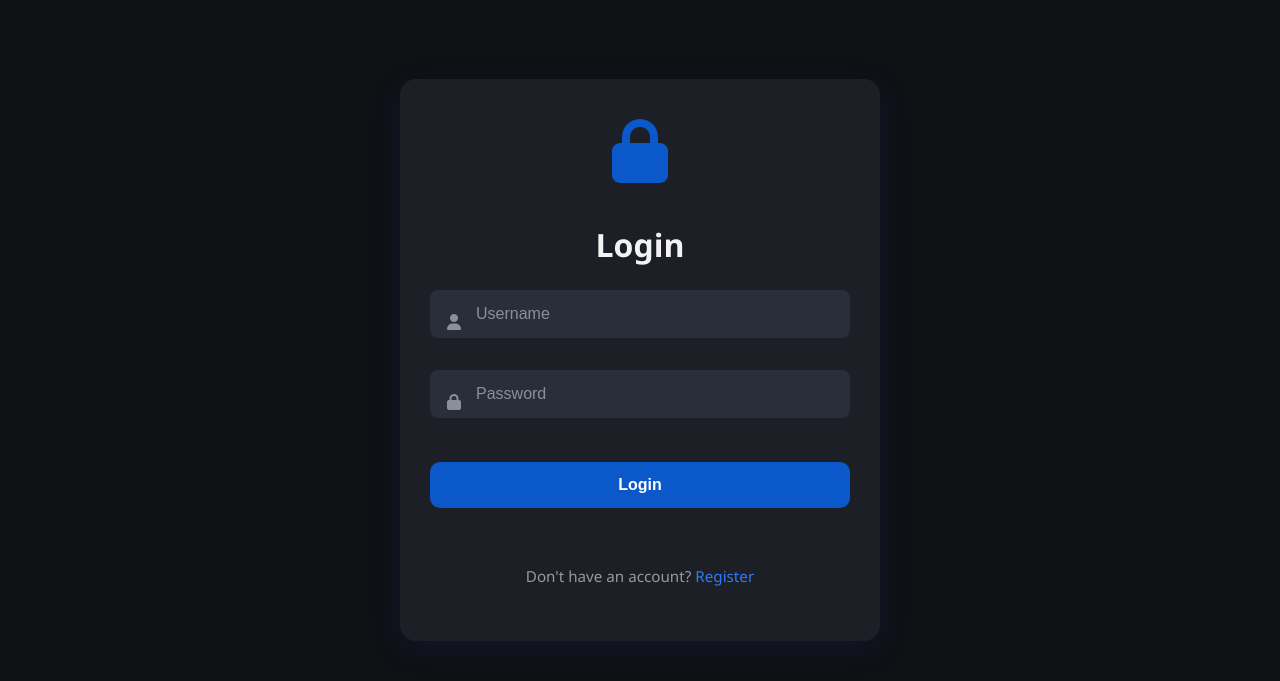
Repository: lowluds/auth-flask
Page: http://localhost/login
The author's editor kept a copy of each file at every save. The page is drawn from the files as they stood at one save, then again after the next save.
The browser window is 1280 px wide. The pictures show the whole page.
The page is served by the project's application, run on Flask 3 (login.py).

Above is the page before, as saved 2025-07-10 22:35:27.

After the next save:
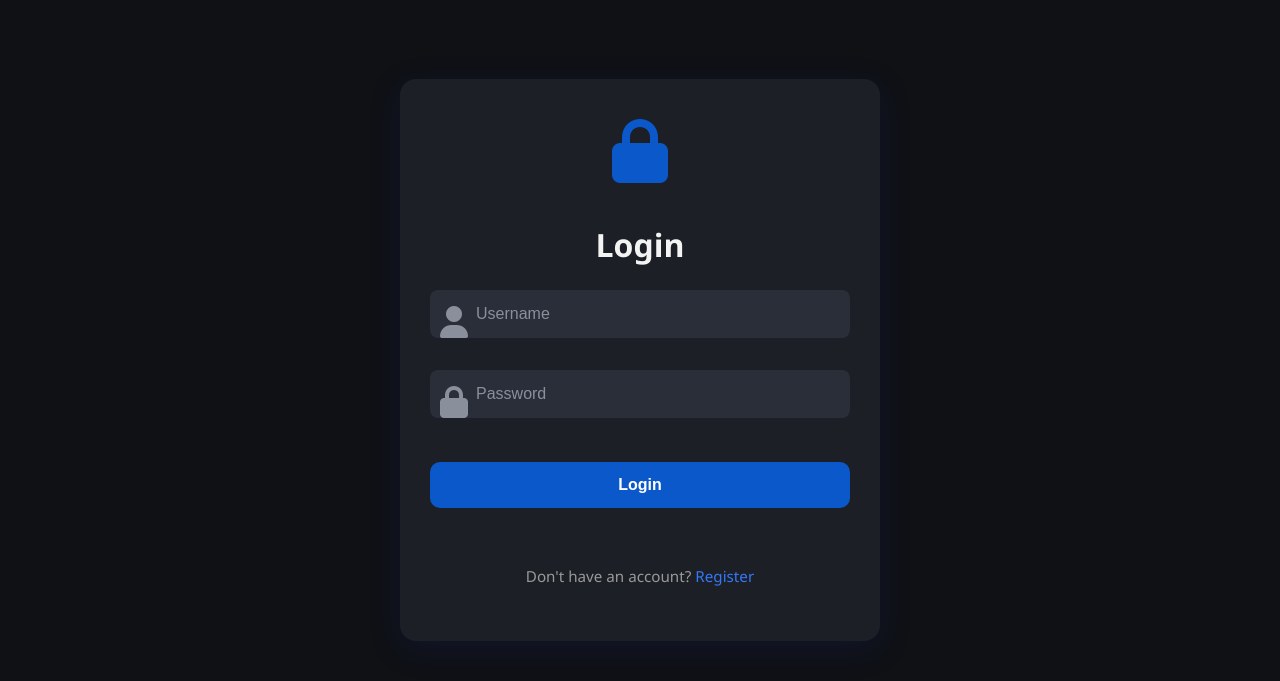
Saved 30 s later.
--- a/static/register.css
+++ b/static/register.css
@@ -40,12 +40,12 @@ body {
     left: 14px;
     transform: translateY(-50%);
     width: 20px;
-    height: 20px; /* Add explicit height */
+    height: 20px;
     display: flex;
     align-items: center;
     justify-content: center;
     color: #8a8f9c;
-    font-size: 1rem;
+    font-size: 2rem;
     pointer-events: none;
 }
 
